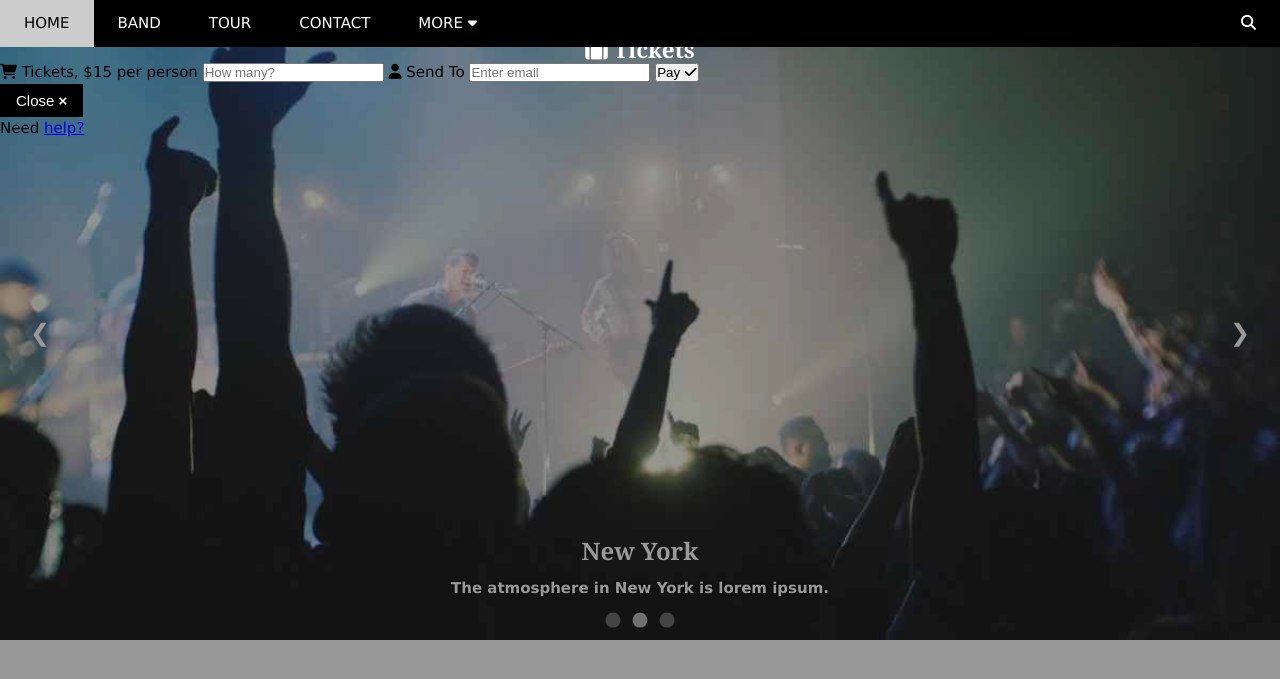
Repository: tam1512/The-Band
Page: index.html
These files come from the project's save history. The page is drawn as it stood at one moment and after the next save; the edit follows.
The browser window is 1280 px wide. The pictures show the window.
A layer covers the whole window, so only the first screen is drawn. Some web libraries are served in a nearby version.

Above is the page before, as saved 2022-07-24 10:08:12.

After the next save:
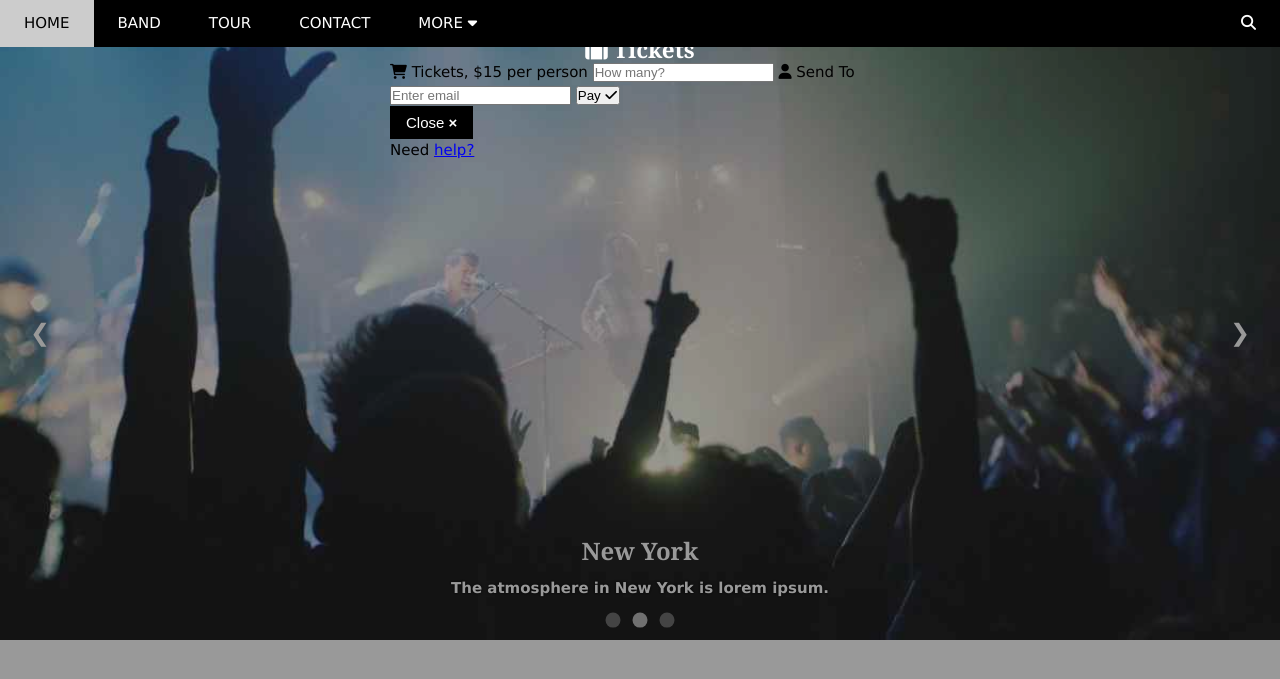
Saved 42 s later.
--- a/assets/css/style.css
+++ b/assets/css/style.css
@@ -394,3 +394,9 @@ li.header_nav_dropdown {
   overflow: auto;
   background-color: rgba(0, 0, 0, 0.4);
 }
+
+.ticket-content {
+  position: relative;
+  width: 500px;
+  margin: auto;
+}
